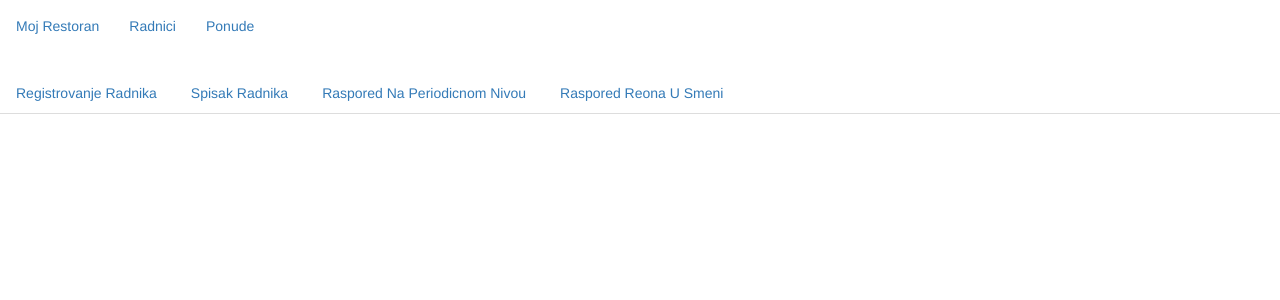
Repository: milanadam94/ISA-2016
Page: jpa-example/src/main/webapp/RestaurantManager/RestaurantManagerWorkers.html
These files come from the project's save history. The page is drawn as it stood at one moment and after the next save; the edit follows.
The browser window is 1280 px wide. The pictures show the whole page.
Some web libraries are served in a nearby version.

Above is the page before, as saved 2017-02-28 00:12:33.

### jpa-example/src/main/webapp/RestaurantManager/RestaurantManagerWorkers.html
<!DOCTYPE html>
<html>
<head>
<meta charset="ISO-8859-1">
<title>Menadzer Restorana</title>

<!-- JQUERY -->
<script src="https://code.jquery.com/jquery-3.1.1.js" integrity="sha256-16cdPddA6VdVInumRGo6IbivbERE8p7CQR3HzTBuELA=" crossorigin="anonymous"></script>

<!-- BOOTSTRAP CSS -->
<link rel="stylesheet" href="https://maxcdn.bootstrapcdn.com/bootstrap/3.3.7/css/bootstrap.min.css" integrity="sha384-BVYiiSIFeK1dGmJRAkycuHAHRg32OmUcww7on3RYdg4Va+PmSTsz/K68vbdEjh4u" crossorigin="anonymous">

<!-- BOOTSTRAP THEME -->
<link rel="stylesheet" href="https://maxcdn.bootstrapcdn.com/bootstrap/3.3.7/css/bootstrap-theme.min.css" integrity="sha384-rHyoN1iRsVXV4nD0JutlnGaslCJuC7uwjduW9SVrLvRYooPp2bWYgmgJQIXwl/Sp" crossorigin="anonymous">

<!-- BOOTSTRAP JS -->
<script src="https://maxcdn.bootstrapcdn.com/bootstrap/3.3.7/js/bootstrap.min.js" integrity="sha384-Tc5IQib027qvyjSMfHjOMaLkfuWVxZxUPnCJA7l2mCWNIpG9mGCD8wGNIcPD7Txa" crossorigin="anonymous"></script>

<!-- ANGULAR JS -->
<script src="https://ajax.googleapis.com/ajax/libs/angularjs/1.6.1/angular.js"></script>

<script src="/JQuery-cookie-plugin/jquery.cookie.js"></script>

<!-- TOASTR -->
<!-- <script src="https://cdnjs.cloudflare.com/ajax/libs/toastr.js/latest/css/toastr.css"></script> -->

</head>
<body ng-app="restManager" ng-controller="restManagerWorkersController">
	<nav id="myNavbar" class="navbar">
		<ul class="nav navbar-nav">
			<li><a href="RestaurantManager.html">Moj Restoran</a></li>
			<li><a href="RestaurantManagerWorkers.html">Radnici</a></li>
			<li><a href="RestaurantManagerOfferers.html">Ponude</a></li>
		</ul>
	</nav>
	<div>
		<div class="form-group">
			<ul class="nav nav-tabs">
				<li><a ng-click="registracija()">Registrovanje Radnika</a>
				<li><a ng-click="slisakRadnika()">Spisak Radnika</a>
				<li><a ng-click="periodicniNivo()">Raspored Na Periodicnom Nivou</a>
				<li><a ng-click="reonUSmeni()">Raspored Reona U Smeni</a>
			</ul>
		</div>


		<!--  REGISTRACIJA  -->
		<!--  ====================================================== -->
		<div ng-show="registrovanjeShow">
			<br/><br/><br/>
			<form class="form-horizontal">
  			<div class="form-group">
    			<label class="control-label col-sm-2" for="email">Email:</label>
    			<div class="col-sm-10">
      				<input type="email" class="form-control" id="email" ng-model="newWorker.email" placeholder="Unesite email">
    			</div>
  			</div>
  			<div class="form-group">
    			<label class="control-label col-sm-2" for="pwd">Lozinka:</label>
    			<div class="col-sm-10">
      				<input type="password" class="form-control" id="pwd" ng-model="newWorker.password" placeholder="Unesite lozinku">
    			</div>
  			</div>
  			<div class="form-group">
    			<label class="control-label col-sm-2" for="pwd2">Potvrda lozinke:</label>
    			<div class="col-sm-10">
      				<input type="password" class="form-control" id="pwd2" ng-model="passwordConfirm" placeholder="Potvrdite lozinku">
    			</div>
  			</div>
  			<div class="form-group">
    			<label class="control-label col-sm-2" for="ime">Ime:</label>
    			<div class="col-sm-10">
      				<input type="text" class="form-control" id="ime" ng-model="newWorker.name" placeholder="Unesite ime">
    			</div>
  			</div>
  			<div class="form-group">
    			<label class="control-label col-sm-2" for="prezime">Prezime:</label>
    			<div class="col-sm-10">
      				<input type="text" class="form-control" id="prezime" ng-model="newWorker.lastName" placeholder="Unesite prezime">
    			</div>
  			</div>
  			<div class="form-group">
  				<label class="control-label col-sm-2" for="tip">Radno mesto:</label>
  				<div class="col-sm-10">
						<select class="form-control" id="tip" ng-model="newWorker.userType" title="restaurant.category">
						<option>BARTENDER</option>
						<option>COOK</option>
						<option>WAITER</option>
						</select>
				</div>
  			</div>

  			<div class="form-group" ng-if="newWorker.userType == 'COOK'">
  				<label class="control-label col-sm-2" for="tip">Tip: </label>
  				<div class="col-sm-10" >
						<select class="form-control" id="tip" ng-model="$parent.cookType" >
						<option>SALAD</option>
						<option>FRIEDMEAL</option>
						<option>COOKEDMEAL</option>
						</select>
				</div>
  			</div>


  			<div class="form-group text-danger" ng-if="error">{{ errorMessage }}</div>
  			<div class="form-group">
    			<div class="col-sm-offset-2 col-sm-10">
      				<button type="submit" class="btn btn-primary" ng-click="registerWorker()">Registracija</button>
    			</div>
  			</div>
  			</form>

		</div>


		<!--  SPISAK RADNIKA SHOW -->
		<!--  =========================== -->

		<div ng-show="spisakRadnikaShow">
			<p1>Kuvari:</p1><br/>
			<table class="table">
				<tr bgcolor="lightgrey">
					<th>Ime</th>
					<th>Prezime</th>
					<th>Email</th>
					<th>Raspored Rada</th>
				</tr>
				<tr ng-repeat="i in cooks | orderBy:'name'">
					<td>{{i.user.name}}</td>
				 	<td>{{i.user.lastName}}</td>
					<td>{{i.user.email}}</td>
					<td><button type="submit" class="btn btn-info" ng-click="checkSchedule( i.id )">Pregled</button></td>
				</tr>
			</table>

			<p1>Konobari:</p1><br/>
			<table class="table">
				<tr bgcolor="lightgrey">
					<th>Ime</th>
					<th>Prezime</th>
					<th>Email</th>
				</tr>
				<tr ng-repeat="i in waiters | orderBy:'name'">
					<td>{{i.user.name}}</td>
				 	<td>{{i.user.lastName}}</td>
					<td>{{i.user.email}}</td>
				</tr>
			</table>

			<p1>Sankeri:</p1><br/>
			<table class="table">
				<tr bgcolor="lightgrey">
					<th>Ime</th>
					<th>Prezime</th>
					<th>Email</th>
				</tr>
				<tr ng-repeat="i in bartenders | orderBy:'name'">
					<td>{{i.user.name}}</td>
				 	<td>{{i.user.lastName}}</td>
					<td>{{i.user.email}}</td>
				</tr>
			</table>
		</div>


		<!--  PERIODICNI NIVO -->
		<!--  ================================ -->
		<div ng-show="periodicniShow">


		</div>



		<!--  PO SMENAMA -->
		<!--  ================================ -->
		<div  ng-show="pregledRaspored">

		</div>


	</div>

</body>


<!-- ANGULAR SCRIPT -->
<script src="RestaurantManagerWorkers.js"></script>

</html>

### jpa-example/src/main/webapp/RestaurantManager/RestaurantManagerWorkers.js
angular.element(document).ready(function () {
    console.log('page loading completed');
});
var restManager = angular.module('restManager', []).config(['$qProvider', '$httpProvider', function ($qProvider, $httpProvider)  {
    $qProvider.errorOnUnhandledRejections(false);

}]).run(['$rootScope', '$http', '$window', function ($rootScope, $http, $window) {

	//namestiti dole u funckcijama gde treba user.email kada se ovo namesti!
	if (typeof $.cookie('user') !== 'undefined') {
		user = JSON.parse($.cookie('user'));

		if(user.userType == "GUEST") {
			$window.location.href = "/GuestPage/GuestPage.html";
		}else if(user.userType == "WAITER"){
			$window.location.href = "/WorkerPage/WaiterPage.html";
		}else if(user.userType == "BARTENDER"){
			$window.location.href = "/WorkerPage/BartenderPage.html";
		}else if(user.userType == "COOK"){
			$window.location.href = "/WorkerPage/CookPage.html";
		}else if(user.userType == "OFFERER"){
			$window.location.href = "/Offerer/Offerer.html";
		}
	}

}]);




restManager.controller('restManagerWorkersController', [ '$scope', 'registarService', 'workerService', function($scope, registarService, workerService){

	setShows = function(registrovanjeShow, periodicniShow, spisakRadnikaShow, pregledRaspored){
		$scope.registrovanjeShow = registrovanjeShow;
		$scope.periodicniShow = periodicniShow;
		$scope.spisakRadnikaShow = spisakRadnikaShow;
		$scope.pregledRaspored = pregledRaspored;

		if(registrovanjeShow){
			$scope.registracijaActive = "active";
		}else{
			$scope.registracijaActive = "";
		}

		if(spisakRadnikaShow){
			$scope.spisakActive = "active";
		}else{
			$scope.spisakActive = "";
		}

	}
	setShows(false,false,false,false);

	$scope.error = false;
	$scope.errorMessage = "";

	$scope.cookType = "";
	$scope.today = new Date();


	$scope.registracija = function(){
		setShows(true,false,false,false);
	}

	$scope.periodicniNivo = function(){
		setShows(false,true,false,false);
	}


	$scope.slisakRadnika = function(){
		setShows(false,false,true,false);

		workerService.getCooks().then(
				function(response){
					$scope.cooks = response.data;
				}
		);

		workerService.getBartenders().then(
				function(response){
					$scope.bartenders = response.data;
				}
		);

		workerService.getWaiters().then(
				function(response){
					$scope.waiters = response.data;
				}
		);




	}

	$scope.newWorker = {
			email : "",
			password : "",
			name : "",
			lastName : "",
			userType : ""
	}




	$scope.registerWorker = function(){

		if($scope.newWorker.email == "" ||
				$scope.newWorker.pasword == "" ||
				$scope.newWorker.name == "" ||
				$scope.newWorker.lastName == "" ||
				$scope.newWorker.userType == "" ||
				$scope.newWorker.password != $scope.passwordConfirm ||
				($scope.newWorker.userType == "COOK" && $scope.cookType == "")){

			$scope.error = true;
			$scope.errorMessage = "Neispravan unos!";
			return;
		}
		$scope.error = false;
		registarService.registarWorker($scope.newWorker,$scope.cookType);
	}


	// PREGLED RADA
	$scope.checkSchedule = function(workerID){
		$scope.pregledRaspored = true;
		$scope.spisakRadnikaShow = false;
		$scope.workerID = workerID;

		workerService.getSchedules(workerID).then(

			function(response){
				$scope.myWorkerSchedule = response.data;
			}

		);

		workerService.loadAllSegments().then(
				function(response){
					$scope.segments = response.data;
				}

		);

		registarService.getUser(workerID).then(

				function(response){
					$scope.fullWorker = response.data;

					if($scope.fullWorker.id == ""){
						return;
					}

					workerService.loadAllMySegments($scope.fullWorker.id).then(
							function(response){

								$scope.allMySegments = response.data;

							}

					);

				}

		);



	}

	$scope.newSchedule = {
			startDate: "",
			endDate: ""
	}

	$scope.shiftType = ""
	$scope.newSegment = "";

	$scope.addSchedule = function(){

		if($scope.newSchedule.startDate < new Date() || $scope.newSchedule.startDate == "" ||
				$scope.newSchedule.endDate < new Date() || $scope.newSchedule.endDate == "" ||
				$scope.newSchedule.startDate > $scope.newSchedule.endDate ||
				$scope.shiftType == "" || $scope.workerID == ""){
			toastr.info("Los unos!");
			return;
		}

		if($scope.newSegment == ""){
			$scope.newSegment = 0;
		}

		$scope.newSchedule.startDate = new Date($scope.newSchedule.startDate);
		$scope.newSchedule.endDate = new Date($scope.newSchedule.endDate);



		workerService.addSchedule($scope.newSchedule, $scope.newSegment,$scope.workerID, $scope.shiftType).then(

				function(response){
					if(response.data == "Error free"){
						toastr.success("Uspesno!");
						$scope.newSchedule.startDate = "";
						$scope.newSchedule.endDate = "";
						$scope.newSegment = "";
						$scope.shiftType = "";

						location.reload();
					}else{
						toastr.info(response.data);
					}



				}

		);

	}


	$scope.logout = function(){
		registarService.logout();
	}

}]);





restManager.service('registarService',['$window', '$http', function($window, $http){

	this.logout = function() {
		user = $.cookie("user");
		$http({
			method : 'PUT',
			data : user,
			url : "../user/logout"
		}).then(function success(response) {

		}, function error(response) {

		});
		$.removeCookie('user', {
			path : '/',
			domain : ''
		});
		$window.location.href = '/StartPage/StartPage.html';
	}


	this.registarWorker = function(newWorker, cookType){
		user = JSON.parse($.cookie('user'));
		$http({
			  method: 'POST',
			  data : newWorker,
		      url : "../restManager/registarWorker/"+user.email+"/" + cookType
		}).then(function success(response){
				if(response.data == "Error free"){
					toastr.success("Uspesno registrovan radnik");
					location.reload();
				}else{
					toastr.info(response.data);
				}

			},
				function error(response) {
					toastr.error("Error!");
			  }
		);

	}

	this.getUser = function (userID){
		user = JSON.parse($.cookie('user'));
		return $http({
			  method: 'GET',
		      url : "../restManager/getUser/" + userID
		})

	}


}]);

restManager.service('workerService',['$window', '$http', function($window, $http){

	this.getCooks = function (){
		user = JSON.parse($.cookie('user'));
		return $http({
			  method: 'GET',
		      url : "../restManager/getCooks/"+user.email
		});

	}

	this.getBartenders = function(){
		user = JSON.parse($.cookie('user'));
		return $http({
			  method: 'GET',
		      url : "../restManager/getBartenders/"+user.email
		});

	}

	this.getWaiters = function(){
		user = JSON.parse($.cookie('user'));
		return $http({
			  method: 'GET',
		      url : "../restManager/getWaiters/"+user.email
		});

	}


	this.getSchedules = function(workerID){

		return $http({
			  method: 'GET',
		      url : "../restManager/getSchedules/" + workerID
		});

	}


	this.loadAllSegments = function(){
		user = JSON.parse($.cookie('user'));
		return $http({
			  method: 'GET',
		      url : "../restManager/loadAllSegments/"+user.email
		});

	}


	this.addSchedule = function(newSchedule, scheduleSegment, workerID, shiftType){
		console.log(newSchedule)
		return $http({
			  method: 'POST',
			  data: newSchedule,
		      url : "../restManager/addSchedule/"+shiftType+"/"+ workerID + "/" + scheduleSegment
		});
	}


	this.loadAllMySegments = function(workerID){
		return $http({
			  method: 'GET',
		      url : "../restManager/loadAllMySegments/" + workerID
		});
	}

}]);

Loaded but not shown: jpa-example/src/main/webapp/JQuery-cookie-plugin/jquery.cookie.js (library)

After the next save:
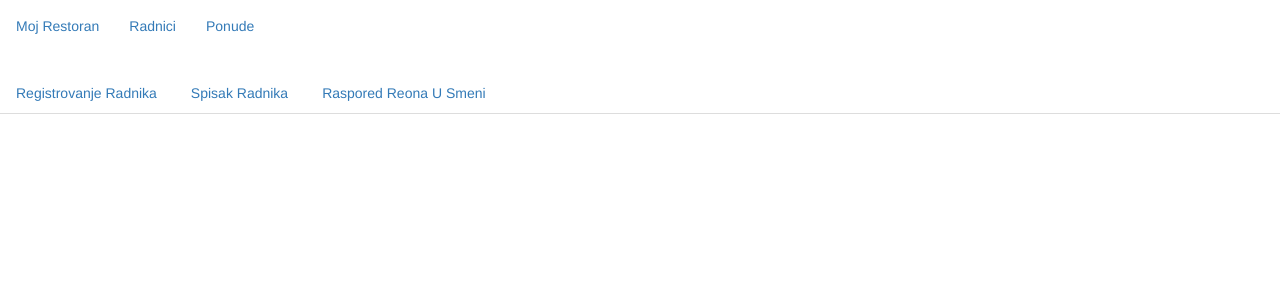
Saved 8 s later.
--- a/jpa-example/src/main/webapp/RestaurantManager/RestaurantManagerWorkers.html
+++ b/jpa-example/src/main/webapp/RestaurantManager/RestaurantManagerWorkers.html
@@ -38,7 +38,6 @@
 			<ul class="nav nav-tabs">
 				<li><a ng-click="registracija()">Registrovanje Radnika</a>
 				<li><a ng-click="slisakRadnika()">Spisak Radnika</a>
-				<li><a ng-click="periodicniNivo()">Raspored Na Periodicnom Nivou</a>
 				<li><a ng-click="reonUSmeni()">Raspored Reona U Smeni</a>
 			</ul>
 		</div>
